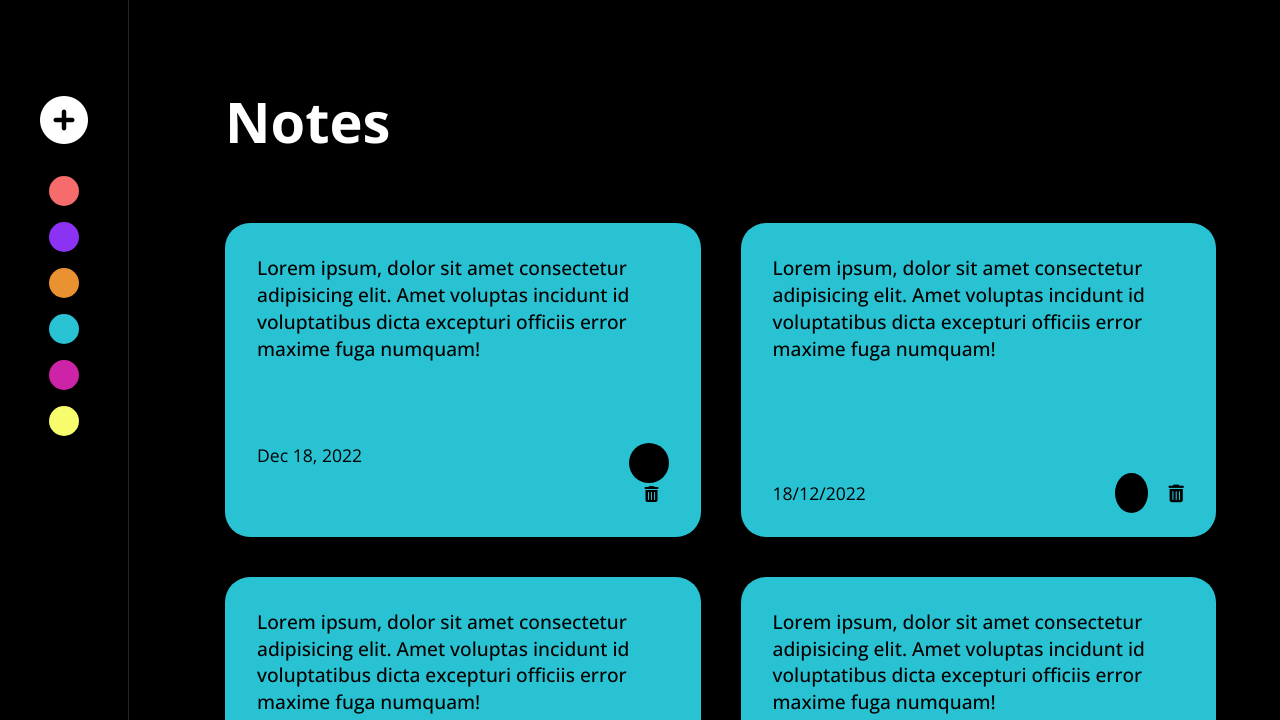
Repository: emiliaiwu/notes_app
Page: index.html
The author's editor kept a copy of each file at every save. The page is drawn from the files as they stood at one save, then again after a run of saves.
The browser window is 1280 px wide. The pictures show the whole page.
An inner scrolling area shows only its first screen. Some web libraries are served in a nearby version.

Above is the page before, as saved 2022-12-19 23:44:58.

### index.html
<!DOCTYPE html>
<html lang="en">
<head>
    <meta charset="UTF-8">
    <meta http-equiv="X-UA-Compatible" content="IE=edge">
    <meta name="viewport" content="width=device-width, initial-scale=1.0">
    <script src="https://kit.fontawesome.com/fd9c36575f.js" crossorigin="anonymous"></script>
    <link rel="stylesheet" href="style.css">
    <title>Notes App</title>
</head>
<body>
    <div class="container">
        <div class="add">
            <div class="add_card"><i class="fa-solid fa-circle-plus"></i></div>
            <ul class="card_colors">
                <li class="card_color c1"></li>
                <li class="card_color c2"></li>
                <li class="card_color c3"></li>
                <li class="card_color c4"></li>
                <li class="card_color c5"></li>
                <li class="card_color c6"></li>
            </ul>
        </div>
        <div class="cards_container">
            <h1>Notes</h1>
            <div class="cards">

                <div class="card">
                    <p class="text">
                        Lorem ipsum, dolor sit amet consectetur adipisicing elit. Amet voluptas incidunt id voluptatibus dicta excepturi officiis error maxime fuga numquam!
                    </p>
                    <span class="footer close">
                        <small class="date">Dec 18, 2022</small>
                        <div class="edit_delete">
                           <div class="edit"><i class="fa-solid fa-pen"></i></div>
                           <div class="delete"><i class="fa-solid fa-trash-can"></i></div>
                        </div>
                    </span>
                    <span class="footer open">
                        <ul class="edit_settings">
                            <li class="bold"><i class="fa-solid fa-bold"></i></li>
                            <li class="italic"><i class="fa-solid fa-italic"></i></li>
                            <li class="underline"><i class="fa-solid fa-underline"></i></li>
                            <li class="strikethrough"><i class="fa-solid fa-strikethrough"></i></li>
                            <li class="toggleBtn"><i class="fa-solid fa-list-ul"></i></li>
                            <li class="add_image"><i class="fa-solid fa-image"></i></li>
                        </ul>
                    </span>
                </div>

                <div class="card">
                    <span class="text">
                        Lorem ipsum, dolor sit amet consectetur adipisicing elit. Amet voluptas incidunt id voluptatibus dicta excepturi officiis error maxime fuga numquam!
                    </span>
                    <span class="footer close">
                        <small class="date">18/12/2022</small>
                        <span>
                           <small class="edit"><i class="fa-solid fa-pen"></i></small>
                           <small class="delete"><i class="fa-solid fa-trash-can"></i></small>
                        </span>
                    </span>
                    <span class="footer open">
                        <ul class="edit_settings">
                            <li class="bold"><i class="fa-solid fa-bold"></i></li>
                            <li class="italic"><i class="fa-solid fa-italic"></i></li>
                            <li class="underline"><i class="fa-solid fa-underline"></i></li>
                            <li class="strikethrough"><i class="fa-solid fa-strikethrough"></i></li>
                            <li class="toggleBtn"><i class="fa-solid fa-list-ul"></i></li>
                            <li class="add_image"><i class="fa-solid fa-image"></i></li>
                        </ul>
                    </span>
                </div>

                <div class="card">
                    <span class="text">
                        Lorem ipsum, dolor sit amet consectetur adipisicing elit. Amet voluptas incidunt id voluptatibus dicta excepturi officiis error maxime fuga numquam!
                    </span>
                    <span class="footer close">
                        <small class="date">18/12/2022</small>
                        <span>
                           <small class="edit"><i class="fa-solid fa-pen"></i></small>
                           <small class="delete"><i class="fa-solid fa-trash-can"></i></small>
                        </span>
                    </span>
                    <span class="footer open">
                        <ul class="edit_settings">
                            <li class="bold"><i class="fa-solid fa-bold"></i></li>
                            <li class="italic"><i class="fa-solid fa-italic"></i></li>
                            <li class="underline"><i class="fa-solid fa-underline"></i></li>
                            <li class="strikethrough"><i class="fa-solid fa-strikethrough"></i></li>
                            <li class="toggleBtn"><i class="fa-solid fa-list-ul"></i></li>
                            <li class="add_image"><i class="fa-solid fa-image"></i></li>
                        </ul>
                    </span>
                </div>

                <div class="card">
                    <span class="text">
                        Lorem ipsum, dolor sit amet consectetur adipisicing elit. Amet voluptas incidunt id voluptatibus dicta excepturi officiis error maxime fuga numquam!
                    </span>
                    <span class="footer close">
                        <small class="date">18/12/2022</small>
                        <span>
                           <small class="edit"><i class="fa-solid fa-pen"></i></small>
                           <small class="delete"><i class="fa-solid fa-trash-can"></i></small>
                        </span>
                    </span>
                    <span class="footer open">
                        <ul class="edit_settings">
                            <li class="bold"><i class="fa-solid fa-bold"></i></li>
                            <li class="italic"><i class="fa-solid fa-italic"></i></li>
                            <li class="underline"><i class="fa-solid fa-underline"></i></li>
                            <li class="strikethrough"><i class="fa-solid fa-strikethrough"></i></li>
                            <li class="toggleBtn"><i class="fa-solid fa-list-ul"></i></li>
                            <li class="add_image"><i class="fa-solid fa-image"></i></li>
                        </ul>
                    </span>
                </div>


            </div>
        </div>




    </div>

</body>
</html>

### style.css
@import url('https://fonts.googleapis.com/css2?family=Open+Sans:wght@300;400;500;700&display=swap');


* {
    margin: 0;
    padding: 0;
    box-sizing: border-box;
    list-style-type: none;

}

body {
    font-family: 'Open Sans', sans-serif;
    width: 100vw;
    height: 100vh;
    background-color: #000;
    color: #fff;

}

h1 {
    font-size: 3.5rem;
    margin-bottom: 4rem;
    color: #fff;
}

.container {
    display: flex;
    width: 100%;
    height: 100%;
    gap: 2rem;
}

.add {
    border-right: 1px solid rgba(255, 255, 255, 0.15);
    min-height: 100vh;
    display: flex;
    flex-direction: column;
    align-items: center;
    padding: 6rem 2.5rem;

}

.card_color {
    width: 30px;
    height: 30px;
    border-radius: 50%;
    margin-bottom: 1rem;

}

.fa-circle-plus {
    font-size: 3rem;
    margin-bottom: 2rem;
}

.c1 {
    background-color: #F66B6B;
}

.c2 {
    background-color: #8C33F3;
}

.c3 {
    background-color: #EA9231;
}

.c4 {
    background-color: #29C2D3;
}

.c5 {
    background-color: #CC23A7;
}

.c6 {
    background-color: #F7FC6C;
}






/* CARDS CONTAINER */

.cards_container {
    padding: 5.2rem 4rem;
    height: 100%;
    overflow-y: scroll;
    width: 100%;
    color: #000;
}

.cards {
    display: grid;
    grid-template-columns: repeat(auto-fit, minmax(19rem, 1fr));
    gap: 2.5rem;
}

.card {
    display: flex;
    flex-direction: column;
    justify-content: space-between;
    background-color: #29C2D3;
    padding: 2rem 2rem 1rem 2rem;
    border-radius: 25px;
}

.close,
.edit_settings {
    display: flex;
    justify-content: space-between;

}

.text {
    margin-bottom: 5rem;
    font-size: 1.2rem;
    font-weight: 500;
    line-height: 1.4;
}




small {
    font-size: 1.1rem;
}

.edit {
    background-color: #000;
    width: 40px;
    height: 40px;
    padding: .5rem;
    border-radius: 50%;
}

.fa-trash-can {
    margin-left: 1rem;
}






.edit_settings {
    border-top: 1px solid rgba(0, 0, 0, 0.178);;
    width: 100%;
    padding: 1rem;
}

ul li i {
    font-size: 1.2rem;
}












/* OPEN AND CLOSE FUNCTIONALITY */

.open {
    display: none;

}

.close {
    padding-bottom: 1rem;
}

After the next 2 saves:
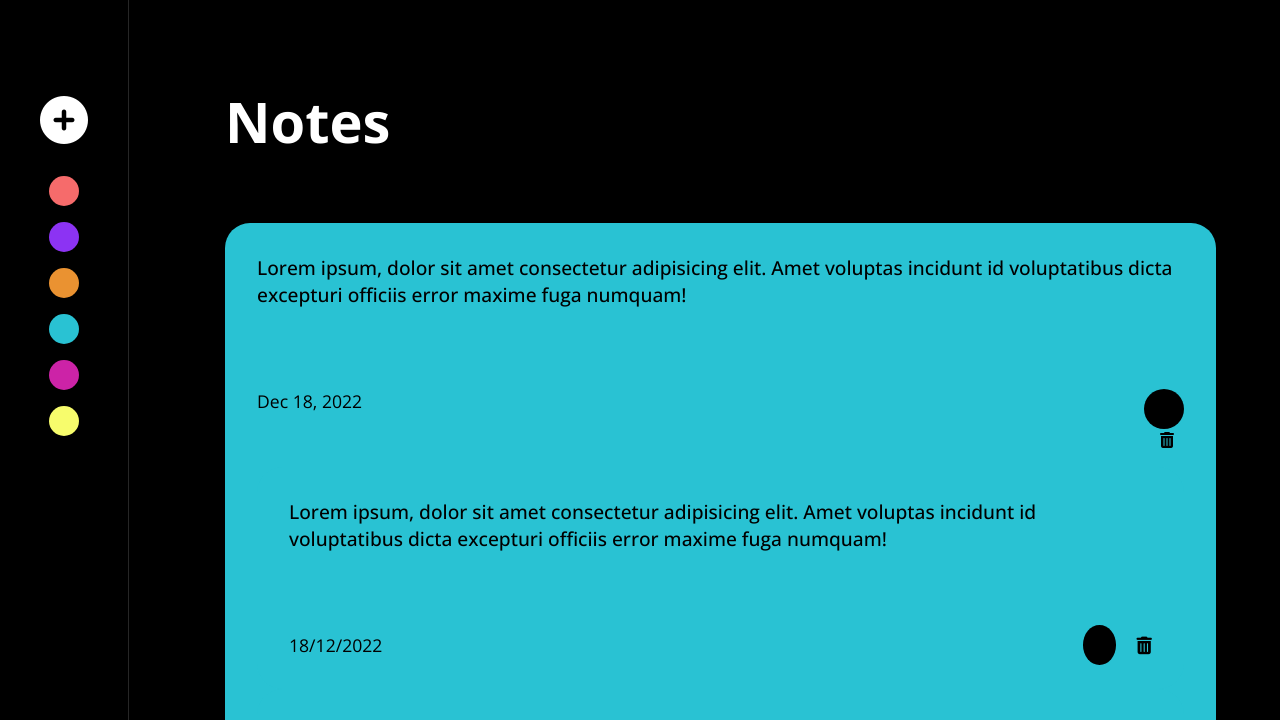
The 2 saves are shown as one change because they came seconds apart.
The last was saved 9 s later.
--- a/index.html
+++ b/index.html
@@ -29,7 +29,7 @@
                     <p class="text">
                         Lorem ipsum, dolor sit amet consectetur adipisicing elit. Amet voluptas incidunt id voluptatibus dicta excepturi officiis error maxime fuga numquam!
                     </p>
-                    <span class="footer close">
+                    <div class="footer close">
                         <small class="date">Dec 18, 2022</small>
                         <div class="edit_delete">
                            <div class="edit"><i class="fa-solid fa-pen"></i></div>

After the save that followed:
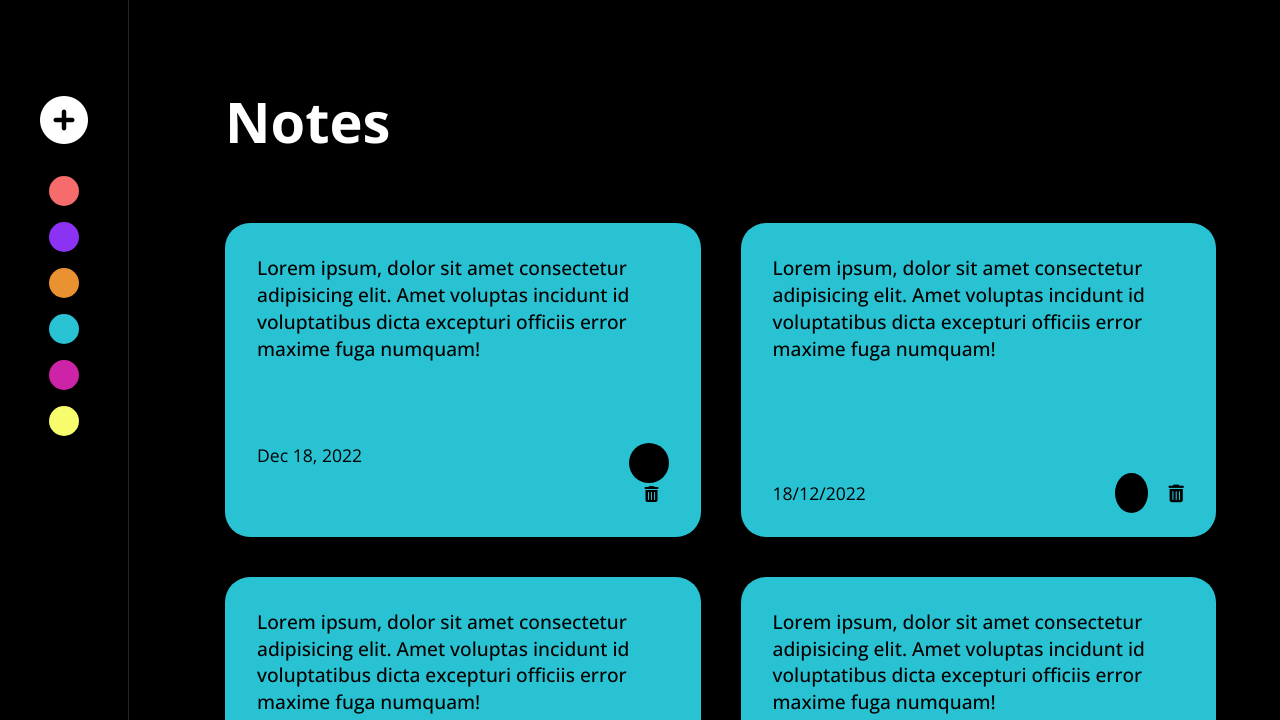
Saved 5 s later.
--- a/index.html
+++ b/index.html
@@ -35,7 +35,7 @@
                            <div class="edit"><i class="fa-solid fa-pen"></i></div>
                            <div class="delete"><i class="fa-solid fa-trash-can"></i></div>
                         </div>
-                    </span>
+                    </div>
                     <span class="footer open">
                         <ul class="edit_settings">
                             <li class="bold"><i class="fa-solid fa-bold"></i></li>
